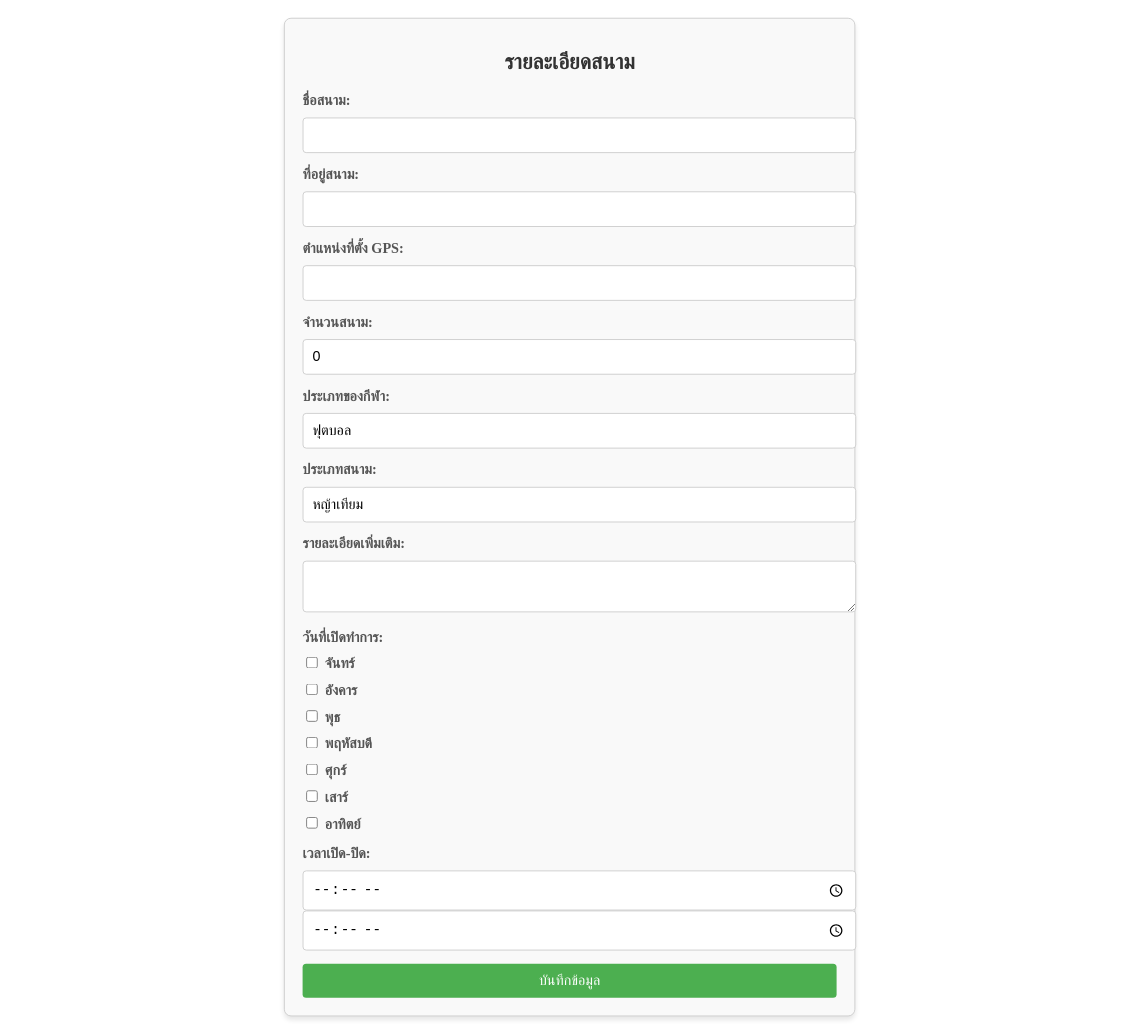
Repository: narawit101/project
Page: /time (app in frontend/)
These files come from the project's save history. The page is drawn as it stood at one moment and after the next save; the edit follows.
The browser window is 1280 px wide. The pictures show the whole page, at 89% of full size.
The project was rebuilt for these pictures with package versions that can differ from the ones it lists, and the page was loaded fresh each time. The framework's server and built-in components were replaced by stand-ins that run in the browser. Also part of the build but not shown: frontend/next.config.mjs, frontend/src/app/globals.css.

Above is the page before, as saved 2025-01-23 00:09:45.

After the next save:
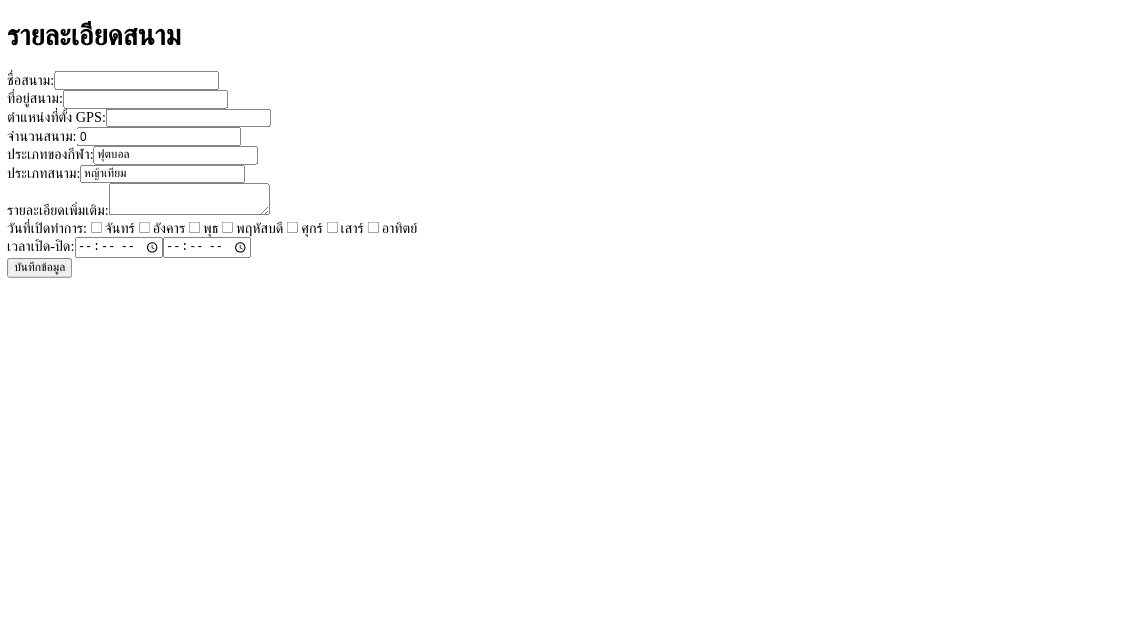
Saved 12 s later.
--- a/frontend/src/app/time/page.jsx
+++ b/frontend/src/app/time/page.jsx
@@ -1,6 +1,5 @@
 'use client'
 import React, { useState } from "react";
-import "./FieldDetailsForm.css";
 
 function FieldDetailsForm() {
   const [fieldDetails, setFieldDetails] = useState({

After the save that followed:
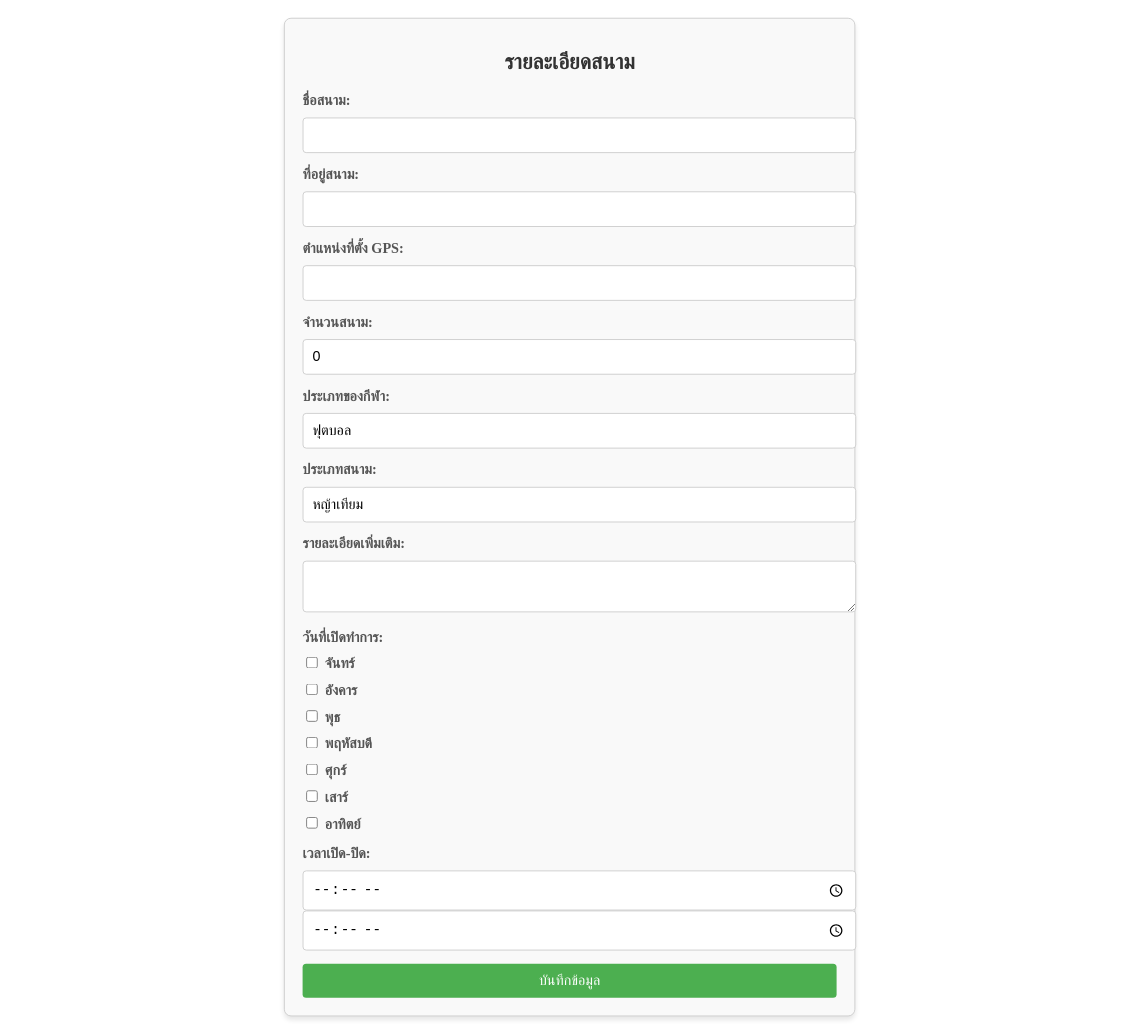
Saved 10 s later.
--- a/frontend/src/app/time/page.jsx
+++ b/frontend/src/app/time/page.jsx
@@ -1,5 +1,6 @@
 'use client'
 import React, { useState } from "react";
+import styles from "./FieldDetailsForm.css";
 
 function FieldDetailsForm() {
   const [fieldDetails, setFieldDetails] = useState({
